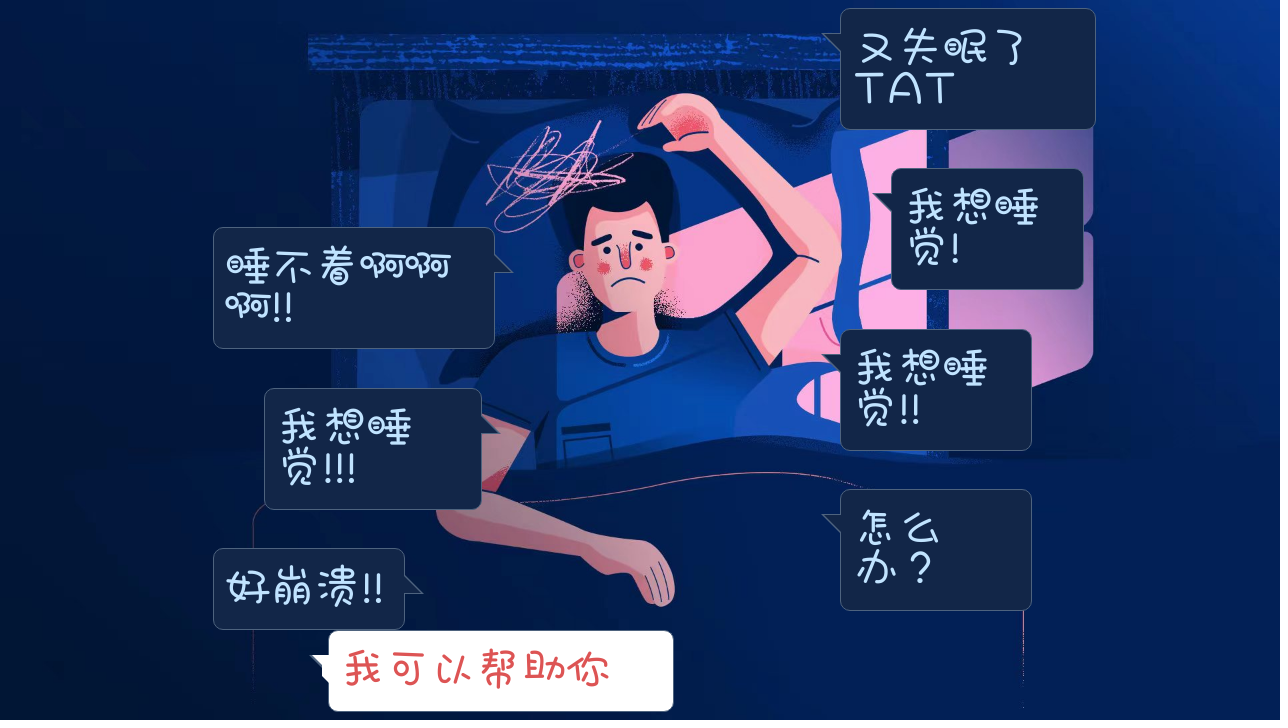
Repository: chjyume/zhongyi
Page: index2.html
These files come from the project's save history. The page is drawn as it stood at one moment and after the next save; the edit follows.
The browser window is 1280 px wide. The page is 1288 px wide, so the pictures cover 1288 px, including what lies to the right of the window. The pictures show the whole page.

Above is the page before, as saved 2023-06-26 10:35:28.

After the next save:
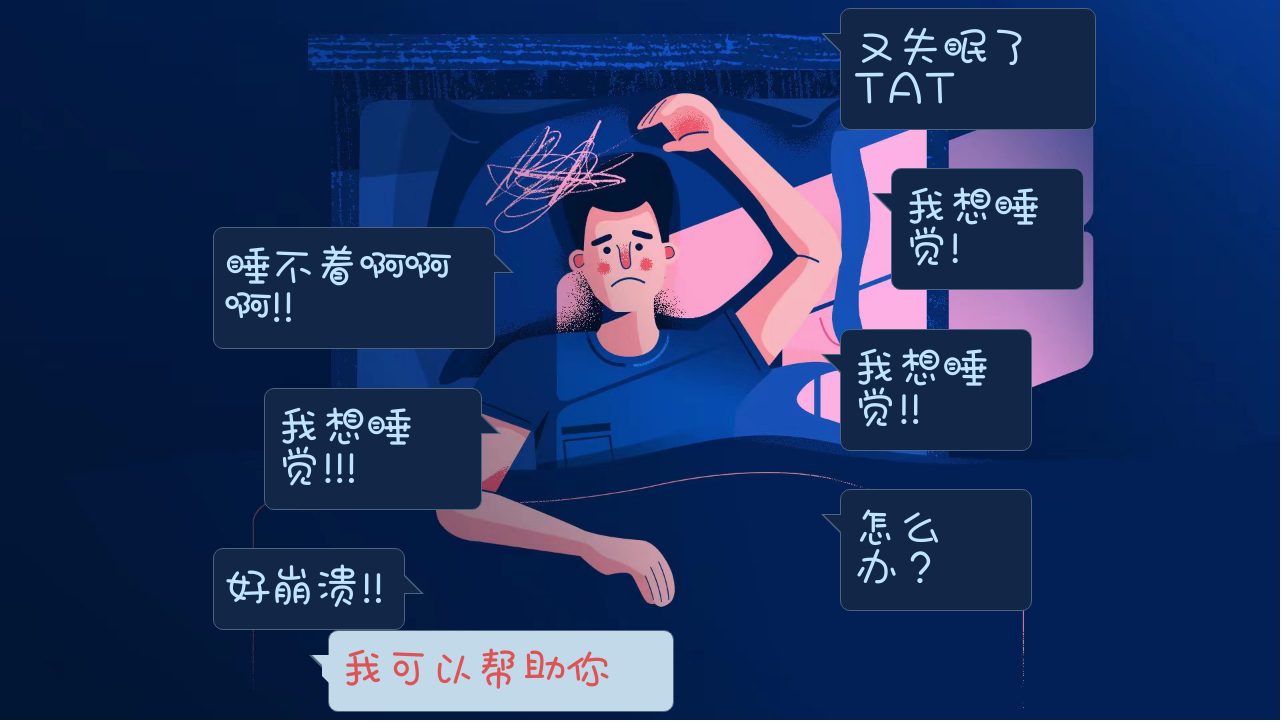
Saved 80 s later.
--- a/css/index2.css
+++ b/css/index2.css
@@ -166,7 +166,7 @@
   bottom: calc(10%);
   left: calc(25%);
   color: #dd5454;
-  background: #ffffff;
+  background: #c2d9e9;
   border: 1px solid #4e637e;
   border-radius: 10px;
 }
@@ -189,5 +189,5 @@
 .bubble3::after {
   left: -17px;
   bottom:25px;
-  border-color: #ffffff #ffffff transparent transparent;
+  border-color: #c2d9e9 #c2d9e9 transparent transparent;
 }
